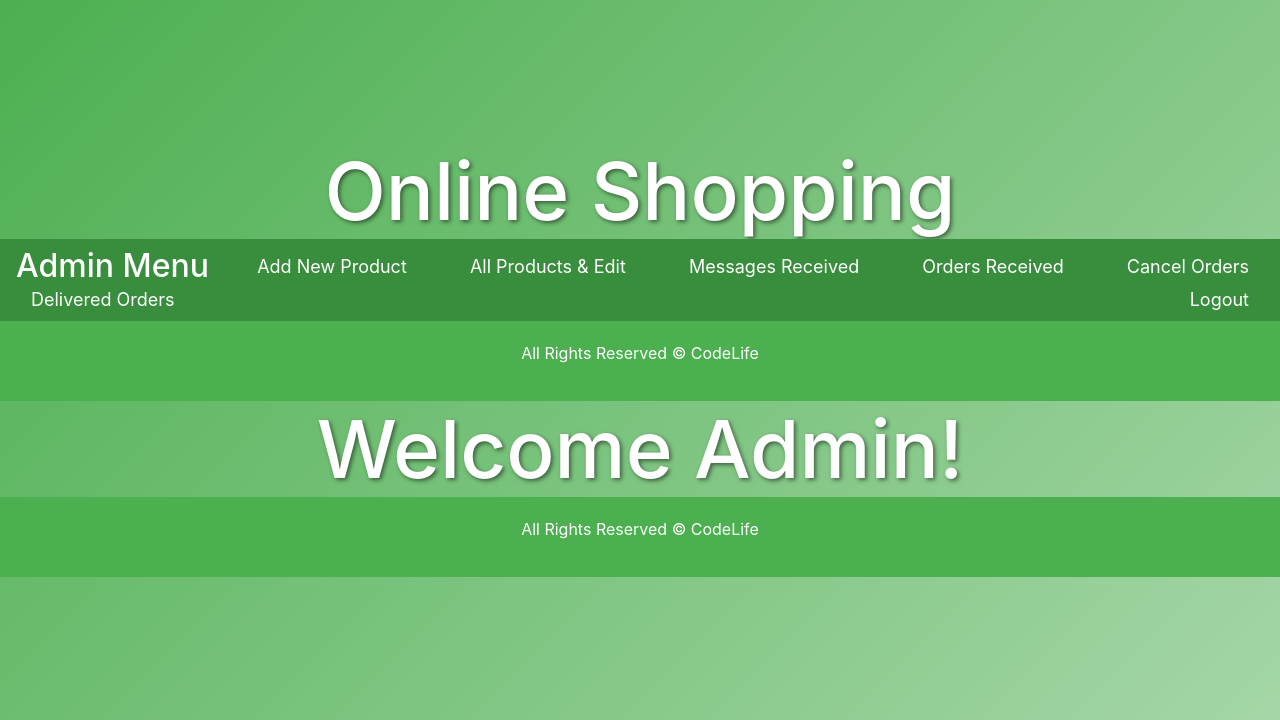
Repository: Dineshbabu290904/DigiMart
Page: http://localhost/DigiMart/admin/adminHome.jsp
These files come from the project's save history. The page is drawn as it stood at one moment and after a run of saves; the edit follows.
The browser window is 1280 px wide. The pictures show the whole page.
Some web libraries are served in a nearby version. The page is served by Tomcat 9. Other server files are loaded and not shown.

Above is the page before, as saved 2024-10-16 15:59:23.

### DigiMart/src/main/webapp/admin/adminHome.jsp
<%@include file="adminHeader.jsp"%>

<!DOCTYPE html>
<html lang="en">
<head>
    <meta charset="UTF-8">
    <meta name="viewport" content="width=device-width, initial-scale=1.0">
    <link rel="stylesheet" href="https://stackpath.bootstrapcdn.com/bootstrap/4.5.2/css/bootstrap.min.css">
    <title>Welcome</title>
    <style>
        body {
            background: linear-gradient(135deg, #4caf50, #a5d6a7); /* Green gradient background */
            height: 100vh; /* Full viewport height */
            display: flex; /* Flexbox for centering */
            flex-direction: column; /* Stack children vertically */
            margin: 0; /* Remove default margin */
            justify-content: center; /* Center vertically */
            text-align: center; /* Center text */
        }
        h1 {
            font-size: 5rem; /* Responsive font size */
            text-shadow: 2px 2px 4px rgba(0, 0, 0, 0.5); /* Subtle shadow for depth */
            margin: 0; /* Remove default margin */
            color: white; /* White text for the heading */
        }
        footer {
            background-color: #4caf50; /* Same green as background */
            color: white; /* White text */
            text-align: center; /* Center text */
            padding: 20px; /* Padding around footer */
            position: relative; /* For positioning */
            bottom: 0; /* Stick to bottom */
            width: 100%; /* Full width */
        }
    </style>
</head>
<body>
    <h1>Welcome Admin!</h1>

    <footer>
        <p>All Rights Reserved &copy; CodeLife</p>
    </footer>

    <!-- Bootstrap JS and dependencies -->
    <script src="https://code.jquery.com/jquery-3.5.1.slim.min.js"></script>
    <script src="https://cdn.jsdelivr.net/npm/@popperjs/core@2.5.3/dist/umd/popper.min.js"></script>
    <script src="https://stackpath.bootstrapcdn.com/bootstrap/4.5.2/js/bootstrap.min.js"></script>

</body>
</html>

### DigiMart/src/main/webapp/admin/adminHeader.jsp
<%@page errorPage="../error.jsp" %>
<!DOCTYPE html>
<html lang="en">
<head>
    <meta charset="UTF-8">
    <meta name="viewport" content="width=device-width, initial-scale=1.0">
    <link rel="stylesheet" href="../css/home-style.css">
    <link rel="stylesheet" href="https://cdnjs.cloudflare.com/ajax/libs/font-awesome/4.7.0/css/font-awesome.min.css">
    <link rel="stylesheet" href="https://stackpath.bootstrapcdn.com/bootstrap/4.5.2/css/bootstrap.min.css">
    <script src='https://kit.fontawesome.com/a076d05399.js'></script>
    <title>Admin Home</title>
    <style>
        body {
            background: linear-gradient(135deg, #4caf50, #a5d6a7); /* Green gradient background */
            height: 100vh; /* Full viewport height */
            display: flex; /* Flexbox for centering */
            flex-direction: column; /* Stack children vertically */
            margin: 0; /* Remove default margin */
        }
        .navbar {
            background-color: #388e3c; /* Darker green for navbar */
            padding: 10px; /* Padding around navbar */
        }
        .navbar h2 {
            margin: 0; /* Remove default margin for h2 */
            color: white; /* White text for navbar title */
            display: inline-block; /* Keep title inline with links */
        }
        .navbar a {
            color: white; /* White text for links */
            margin: 0 15px; /* Spacing between links */
            text-decoration: none; /* Remove underline */
            font-size: 18px; /* Larger font size */
        }
        .navbar a:hover {
            text-decoration: underline; /* Underline on hover */
        }
        h1 {
            font-size: 5rem; /* Responsive font size */
            text-shadow: 2px 2px 4px rgba(0, 0, 0, 0.5); /* Subtle shadow for depth */
            color: white; /* White text for the heading */
            text-align: center; /* Center the heading text */
        }
        footer {
            background-color: #4caf50; /* Same green as background */
            color: white; /* White text */
            text-align: center; /* Center text */
            padding: 20px; /* Padding around footer */
            position: relative; /* For positioning */
            bottom: 0; /* Stick to bottom */
            width: 100%; /* Full width */
        }
    </style>
</head>
<body>

    <h1>Online Shopping</h1>

    <nav class="navbar">
        <h2>Admin Menu</h2>
        <a href="addNewProduct.jsp">Add New Product</a>
        <a href="allProductEditProduct.jsp">All Products & Edit</a>
        <a href="#">Messages Received</a>
        <a href="#">Orders Received</a>
        <a href="#">Cancel Orders</a>
        <a href="#">Delivered Orders</a>
        <a href="../logout.jsp">Logout</a>
    </nav>

    <footer>
        <p>All Rights Reserved &copy; CodeLife</p>
    </footer>

    <!-- Bootstrap JS and dependencies -->
    <script src="https://code.jquery.com/jquery-3.5.1.slim.min.js"></script>
    <script src="https://cdn.jsdelivr.net/npm/@popperjs/core@2.5.3/dist/umd/popper.min.js"></script>
    <script src="https://stackpath.bootstrapcdn.com/bootstrap/4.5.2/js/bootstrap.min.js"></script>

</body>
</html>

### DigiMart/src/main/webapp/css/home-style.css
    body {
  font-family: "Open Sans", sans-serif;
  line-height: 1.25;
  background-color: green;
}
a
{
	text-decoration: none;
}
.sticky {
  position: -webkit-sticky;
  position: sticky;
  top: 0;
}

table {
  border: 1px solid #ccc;
  border-collapse: collapse;
  margin: 0;
  padding: 0;
  width: 100%;
  /*margin-left: 5%;*/
  table-layout: fixed;
}

table caption {
  font-size: 1.5em;
  margin: .5em 0 .75em;
}

table tr {
  background-color: #f8f8f8;
  border: 1px solid #ddd;
  padding: .35em;
}

table th,
table td {
  padding: .625em;
  text-align: center;
}

table th {
  font-size: .85em;
  letter-spacing: .1em;
  text-transform: uppercase;
}

@media screen and (max-width: 600px) {
  table {
    border: 0;
  }

  table caption {
    font-size: 1.3em;
  }

  table thead {
    border: none;
    clip: rect(0 0 0 0);
    height: 1px;
    margin: -1px;
    overflow: hidden;
    padding: 0;
    position: absolute;
    width: 1px;
  }

  table tr {
    border-bottom: 3px solid #ddd;
    display: block;
    margin-bottom: .625em;
  }

  table td {
    border-bottom: 1px solid #ddd;
    display: block;
    font-size: .8em;
    text-align: right;
  }

  table td::before {
    /*
    * aria-label has no advantage, it won't be read inside a table
    content: attr(aria-label);
    */
    content: attr(data-label);
    float: left;
    font-weight: bold;
    text-transform: uppercase;
  }

  table td:last-child {
    border-bottom: 0;
  }
}

/*Header Css*/
* {box-sizing: border-box;}

    body {
      margin: 0;
      font-family: Arial, Helvetica, sans-serif;
    }

    .topnav {
      overflow: hidden;
      background-color: #e9e9e9;
    }

    .topnav a {
      float: left;
      display: block;
      color: black;
      text-align: center;
      padding: 14px 16px;
      text-decoration: none;
      font-size: 17px;
    }

    .topnav a:hover {
      background-color: #ddd;
      color: black;
    }

    .topnav a.active {
      background-color: green;
      color: white;
    }

    .topnav .search-container {
      float: right;
    }

    .topnav input[type=text] {
      padding: 6px;
      margin-top: 8px;
      font-size: 17px;
      border: none;
    }

    .topnav .search-container button {
      float: right;
      padding: 6px 10px;
      margin-top: 8px;
      margin-right: 16px;
      background: #ddd;
      font-size: 17px;
      border: none;
      cursor: pointer;
    }

    .topnav .search-container button:hover {
      background: #ccc;
    }

    @media screen and (max-width: 600px) {
      .topnav .search-container {
        float: none;
      }
      .topnav a, .topnav input[type=text], .topnav .search-container button {
        float: none;
        display: block;
        text-align: left;
        width: 100%;
        margin: 0;
        padding: 14px;
      }
      .topnav input[type=text] {
        border: 1px solid #ccc;
      }

    }
/*footer*/
.footer {
   position: fixed;
   left: 0;
   bottom: 0;
   width: 100%;
   background-color:#ccc;
   color:black;
   text-align: center;
}

.h2222 {
  width: 100%;
  padding: 12px 20px;
  margin: 8px 0;
  box-sizing: border-box;
  border: none;
  background-color: #3CBC8D;
  color: white;
}

After the next 2 saves:
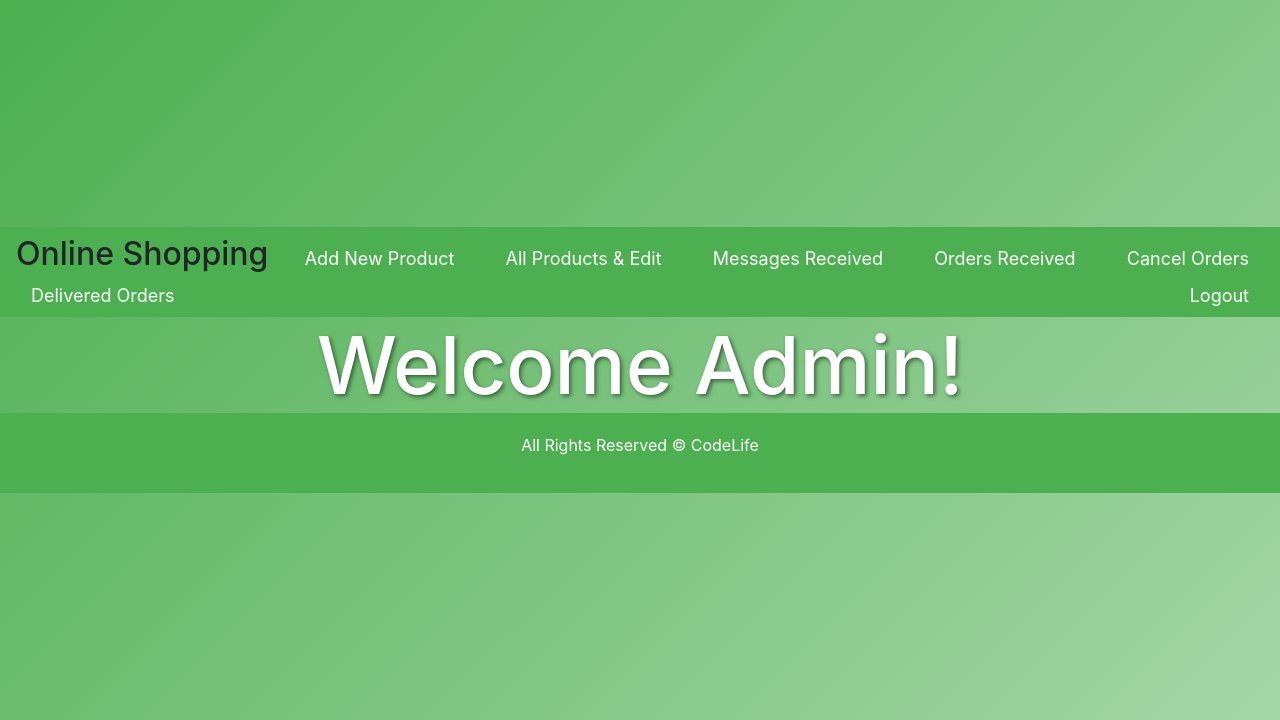
The 2 saves are shown as one change because 1 did not build or start.
The last was saved 2 min 49 s later.
--- a/DigiMart/src/main/webapp/admin/adminHeader.jsp
+++ b/DigiMart/src/main/webapp/admin/adminHeader.jsp
@@ -8,23 +8,14 @@
     <link rel="stylesheet" href="https://cdnjs.cloudflare.com/ajax/libs/font-awesome/4.7.0/css/font-awesome.min.css">
     <link rel="stylesheet" href="https://stackpath.bootstrapcdn.com/bootstrap/4.5.2/css/bootstrap.min.css">
     <script src='https://kit.fontawesome.com/a076d05399.js'></script>
-    <title>Admin Home</title>
+    <title>Admin Header</title>
     <style>
         body {
-            background: linear-gradient(135deg, #4caf50, #a5d6a7); /* Green gradient background */
-            height: 100vh; /* Full viewport height */
-            display: flex; /* Flexbox for centering */
-            flex-direction: column; /* Stack children vertically */
-            margin: 0; /* Remove default margin */
+            background: linear-gradient(135deg, #d4fc79 0%, #96e6a1 100%); /* Light green gradient */
         }
         .navbar {
-            background-color: #388e3c; /* Darker green for navbar */
+            background-color: #4caf50; /* Green background for navbar */
             padding: 10px; /* Padding around navbar */
-        }
-        .navbar h2 {
-            margin: 0; /* Remove default margin for h2 */
-            color: white; /* White text for navbar title */
-            display: inline-block; /* Keep title inline with links */
         }
         .navbar a {
             color: white; /* White text for links */
@@ -36,28 +27,14 @@
             text-decoration: underline; /* Underline on hover */
         }
         h1 {
-            font-size: 5rem; /* Responsive font size */
+            color: #2c6fbb; /* Cool blue for headings */
             text-shadow: 2px 2px 4px rgba(0, 0, 0, 0.5); /* Subtle shadow for depth */
-            color: white; /* White text for the heading */
-            text-align: center; /* Center the heading text */
-        }
-        footer {
-            background-color: #4caf50; /* Same green as background */
-            color: white; /* White text */
-            text-align: center; /* Center text */
-            padding: 20px; /* Padding around footer */
-            position: relative; /* For positioning */
-            bottom: 0; /* Stick to bottom */
-            width: 100%; /* Full width */
         }
     </style>
 </head>
 <body>
-
-    <h1>Online Shopping</h1>
-
     <nav class="navbar">
-        <h2>Admin Menu</h2>
+        <h2>Online Shopping</h2>
         <a href="addNewProduct.jsp">Add New Product</a>
         <a href="allProductEditProduct.jsp">All Products & Edit</a>
         <a href="#">Messages Received</a>
@@ -66,15 +43,5 @@
         <a href="#">Delivered Orders</a>
         <a href="../logout.jsp">Logout</a>
     </nav>
-
-    <footer>
-        <p>All Rights Reserved &copy; CodeLife</p>
-    </footer>
-
-    <!-- Bootstrap JS and dependencies -->
-    <script src="https://code.jquery.com/jquery-3.5.1.slim.min.js"></script>
-    <script src="https://cdn.jsdelivr.net/npm/@popperjs/core@2.5.3/dist/umd/popper.min.js"></script>
-    <script src="https://stackpath.bootstrapcdn.com/bootstrap/4.5.2/js/bootstrap.min.js"></script>
-
 </body>
 </html>
